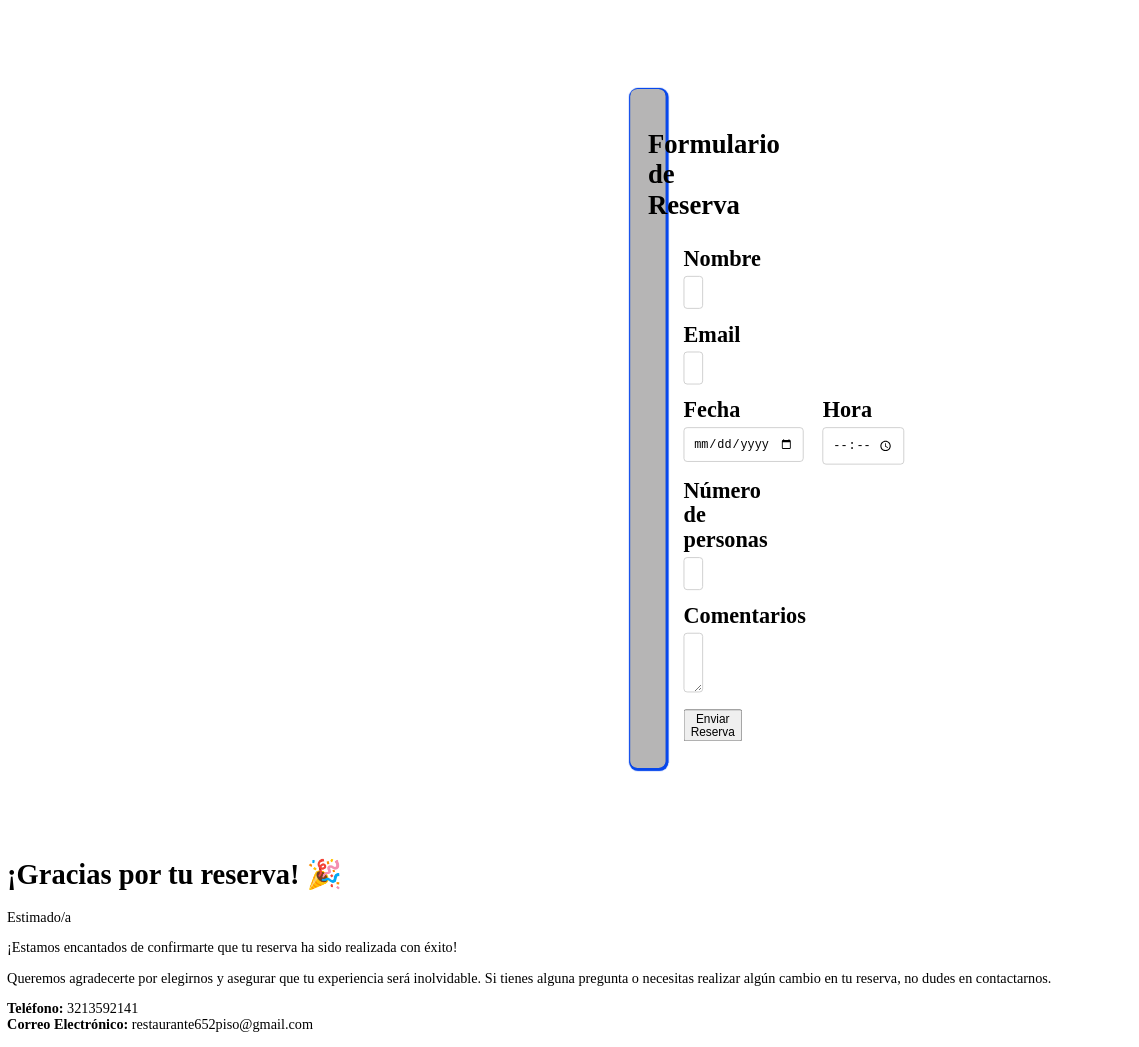
Repository: ye909/app_restaurante
Page: maquetacion/templei/reserva.html
These files come from the project's save history. The page is drawn as it stood at one moment and after the next save; the edit follows.
The browser window is 1280 px wide. The pictures show the whole page, at 89% of full size.
Backgrounds fixed to the window are drawn as part of the page.

Above is the page before, as saved 2025-01-12 00:25:41.
Console error: TypeError: Cannot read properties of null (reading 'addEventListener')

### maquetacion/templei/reserva.html

    <!DOCTYPE html>
<html lang="es">
<head>
  <meta charset="UTF-8">
  <meta name="viewport" content="width=device-width, initial-scale=1.0">
  <title>Formulario de Reserva</title>
  <link rel="stylesheet" href="/css/reservar.css">

</head>
<body>

  <div class="container" id="container">

    <h2 class="title">Formulario de Reserva</h2>
    <form id="form_cliente" class="form" >
      <div class="form-group">
        <label for="nombre">Nombre</label>
        <input type="text" id="nombre" name="nombre" placeholder="Ingrese su nombre compreto">
      </div>
      <div class="form-group">
        <label for="email">Email</label>
        <input type="email" id="email" name="email" placeholder="Ingrese su Correo" >
      </div>
      <div class="form-group inline-group">
        <div>
          <label for="fecha">Fecha</label>
          <input type="date" id="fecha" name="fecha" >
        </div>
        <div>
          <label for="hora">Hora</label>
          <input type="time" id="hora" name="hora" >
        </div>
      </div>
      <div class="form-group">
        <label for="personas">Número de personas</label>
        <input type="number" id="personal" name="personas" min="1"  placeholder="Ingrese cantidad de personas">
      </div>
      <div class="form-group">
        <label for="comentarios">Comentarios</label>
        <textarea id="comentarios" name="comentarios" rows="3"></textarea>
      </div>
      <button  class="submit-button" id="submit-button">Enviar Reserva</button>
    </form>
  </div>

  <div class="container_modal_reserva" id="container_modal_reserva">
    <h1>¡Gracias por tu reserva! 🎉</h1>
    <p>Estimado/a <strong id="validar_nombre"></strong></p>

    <p class="mensaje">¡Estamos encantados de confirmarte que tu reserva ha sido realizada con éxito!</p>


    <p>Queremos agradecerte por elegirnos y asegurar que tu experiencia será inolvidable. Si tienes alguna pregunta o necesitas realizar algún cambio en tu reserva, no dudes en contactarnos.</p>
    <p>
        <strong>Teléfono:</strong id="validar_telefono"> 3213592141<br>
        <strong>Correo Electrónico:</strong id="validar_email"> restaurante652piso@gmail.com
    </p>

</div>
<script  src="https://cdn.jsdelivr.net/npm/canvas-confetti@1.9.3/dist/confetti.browser.min.js "> </script>

  <script src="/js/reserva.js"></script>
  <script src="/js/dinamico.js"></script>
</body>
</html>

### css/reservar.css
.container {
    max-width: 450px;
    margin: 100px 700px;
    background:rgba(14, 13, 13,0.3);
    box-shadow: rgb(7, 71, 236)  1px 1px 1px 2px,rgb(7, 71, 236) 1px  1px 1px 2px;
    padding: 20px;
    border-radius: 8px;

}
.form{
  padding: 10px;
  margin-left: 30px;
}
.title {
    text-align: center;
    font-size: 30px;
    margin-bottom: 20px;
  }

  .form-group {
    margin-bottom: 15px;
  }


  label {
    display: block;
    margin-bottom: 5px;
    font-weight: bold;
    font-size: 25px;
  }
  ::placeholder{
    font-size: 20px;
  }
  input:focus{

  outline: 1px solid #007BFF;
  background:transparent;
  color:white;
  }
  input, textarea {
    width: 80%;
    padding: 10px;
    border: 1px solid #ccc;
    border-radius: 4px;
  }
  #hora{
    width: 60%;
  }

  .inline-group {
    display: flex;
    gap: 15px;
  }

  .inline-group > div {
    flex: 1;
  }

  textarea {
    resize: vertical;
  }
/*





.submit-button {
  width: 86%;
  padding: 10px;
  background-color: #007BFF;
  color: white;
  border: none;
  border-radius: 4px;
  font-size: 16px;
  cursor: pointer;
}

.submit-button:hover {
  background-color: #0056b3;
} */
/*mensaje para la reserva*/
/*crear la animacion donde el mensaje salga de ariba asta el centro de la panta */

/* .container_modal_reserva{
  transition: 2s;
  max-width: 450px;
  margin: 100px 700px;
  background:rgba(14, 13, 13,0.3);
  box-shadow: rgb(7, 71, 236)  1px 1px 1px 2px,rgb(7, 71, 236) 1px  1px 1px 2px;
  padding: 20px;
  border-radius: 8px;
 opacity: 0;

}
h1 {
  color: #007bff;
  text-align: center;
}
p {
  line-height: 1.4;
  font-size: 24px;
}
.mensaje{
  text-align: center;
  font-weight: bolder;
} */

### js/reserva.js
const form_cliente = document.getElementById("form_cliente");
const validar_nombre = document.getElementById("validar_nombre");
const  container = document.getElementById("container");
const  container_modal_reserva = document.getElementById("container_modal_reserva");

const   boton = document.getElementById("submit-button");


boton.addEventListener("click",()=>{
container.style.display="none"

container_modal_reserva.style.opacity=1
})



form_cliente.addEventListener("click", (event) => {
  event.preventDefault()


  const nombre = document.getElementById("nombre").value;


  if (nombre === nombre) {
    validar_nombre.innerText = nombre;
  }

});

### js/dinamico.js


const menuview = document.getElementById("menu-view")
const menu_principal=document.getElementById("menu_principal").addEventListener("click",ver_menu)

// texto de bienvenida

setTimeout(()=>{
    const bienvenida = document.getElementById("bienvenida").remove()
    bienvenida.style.transition=" background-color 0.3s ease, transform 0.7s ease; "
},3000)


// audio de los botones
const playSound = function () {
    var audio = document.getElementById("clickSound");
    audio.play();
  }





// // Ejemplo de notificación (opcional)
// document.getElementById('btnboton_agregar').addEventListener('click', () => {
//     if (Notification.permission === 'granted') {
//         new Notification('¡Hola desde tu PWA!');
//     } else if (Notification.permission !== 'denied') {
//         Notification.requestPermission().then((permission) => {
//             if (permission === 'granted') {
//                 new Notification('¡Hola desde tu PWA!');
//             }
//         });
//     }
// });

After the next save:
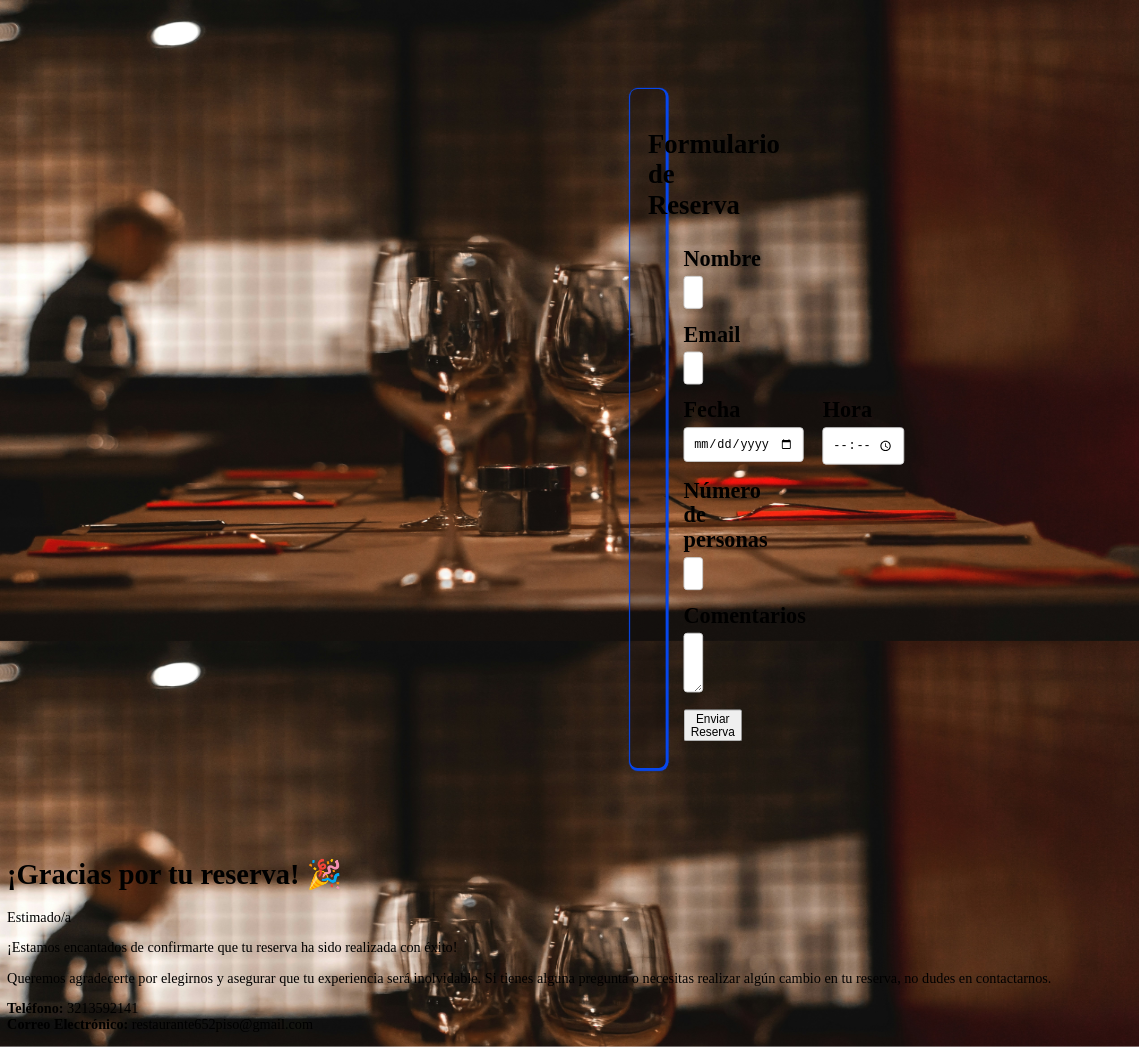
Saved 62 s later.
--- a/css/reservar.css
+++ b/css/reservar.css
@@ -1,3 +1,13 @@
+
+html {
+    scroll-behavior: smooth;
+    background-image: url(../public/imagen/janos.jpg);
+    background-repeat: no-repeat;
+    background-size: cover;
+    background-attachment: fixed;
+    background-size: 100% 100%;
+    height: auto;
+  }
 .container {
     max-width: 450px;
     margin: 100px 700px;
